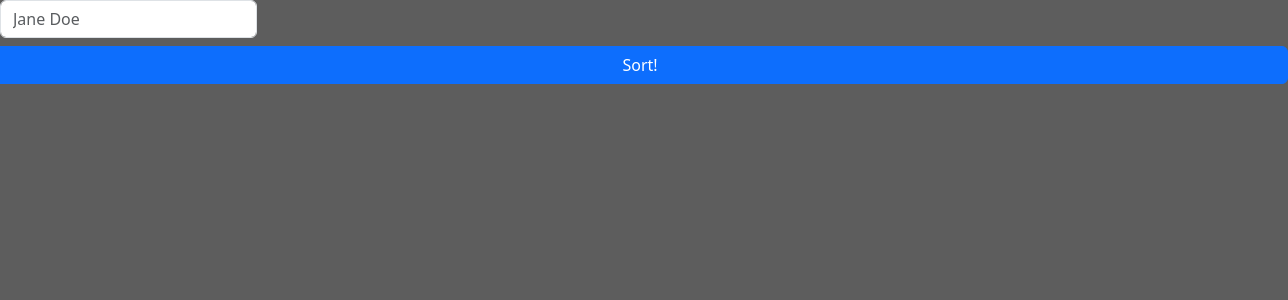
Repository: fernandabenavides618nash/INDIVIDUAL-PROJECT-sorting-hat
Page: index.html
The author's editor kept a copy of each file at every save. The page is drawn from the files as they stood at one save, then again after the next save.
The browser window is 1280 px wide. The page is 1288 px wide, then 1280 px, so the pictures cover 1288 px, including what lies to the right of the window. The pictures show the whole page.

Above is the page before, as saved 2023-05-02 21:13:53.

After the next save:
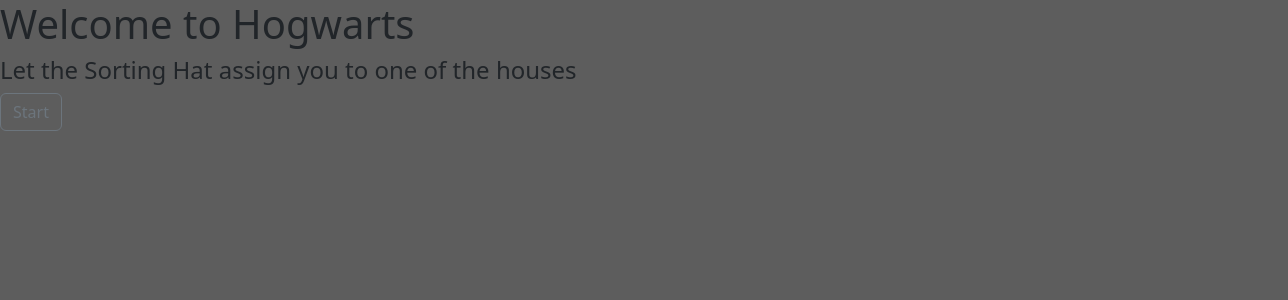
Console error: TypeError: Cannot read properties of null (reading 'addEventListener')
Saved 17 h 4 min later.
--- a/index.html
+++ b/index.html
@@ -9,7 +9,11 @@
   <link rel="stylesheet" href="main.css">
 </head>
 <body>
-  <div class="intro" id="intro-screen"></div>
+  <div class="intro" id="intro-screen">
+    <div><h1>Welcome to Hogwarts</h1></div>
+    <div><h4>Let the Sorting Hat assign you to one of the houses</h4></div>
+    <button type="button" class="btn btn-outline-secondary">Start</button>
+  </div>
   <div class="form" id="form-div"></div>
   <div class="students" id="students-div"></div>
   <div class="expelled" id="expelled-div"></div>
--- a/main.js
+++ b/main.js
@@ -7,33 +7,60 @@
 
 const houses = [
   {
+    number: 1,
     name: 'Gryffindor',
-    className: 'gryffindor-card',
+    color: 'red',
   },
   {
+    number : 2,
     name: 'Hufflepuff',
-    className: 'hufflepuff-card',
+    color: 'yellow',
   },
   {
+    number: 3,
     name: 'Ravenclaw',
-    className: 'ravenclaw-card',
+    color: 'blue',
   },
   {
+    number: 4,
     name: 'Slytherin',
-    className: 'slytherin-card',
-  },
-  {
-    name: "Voldemort's Army",
-    className: 'voldey-card',
+    color: 'green',
   },
 ];
+
+const voldemort = [
+  {
+    name: "'Voldemort's Army",
+    color:'black',
+  }
+]
 
 const renderToDom =(divId, htmlToRender) => {
   const selectedDivId = document.querySelector(divId); // a variable that stores the desired div (first parameter)
   selectedDivId.innerHTML = htmlToRender; // applies the .innerHTML property to the variable that stores the desired div and results in the htmlToRender (second parameter)
 }
 
-const sort = () => { // the array parameter can be taco
+const start = () => {
+  const initialScreen = ''
+
+};
+const form = document.querySelector('form'); // targeting the form tag from dom(html)
+
+const sorting = (e) => {
+  e.preventDefault(); //gotta ask
+  const newStudentCard = {
+    name: document.querySelector('#autoSizingInput').value,
+    house: Math.floor(Math.random() * 4),
+    expel: document.querySelector('#expelId'),
+  }
+  students.push(newStudentCard);
+  cardsOnDom(students);
+  form.reset();
+}
+
+form.addEventListener('sort', sorting);
+
+const sort = (e) => { // the array parameter can be taco
   let domString = `<form class="row gy-2 gx-3 align-items-center">
     <div class="col-auto">
       <label class="visually-hidden" for="autoSizingInput">Name</label>
@@ -46,4 +73,15 @@
   renderToDom("#form-div", domString); // renderToDom is called with the arguments of #app (divId) and domString (htmlToRender)
 }
 
-sort()
+sort('start')
+
+
+const roster = (array) => {
+  let domString = `<div class="card w-75">
+  <div class="card-body">
+    <h5 class="card-title">${students.name}</h5>
+    <p class="card-text">${students.house}</p>
+    <a href="#" class="btn btn-primary" id="expelId">Expel</a>
+  </div>
+</div>`
+}
